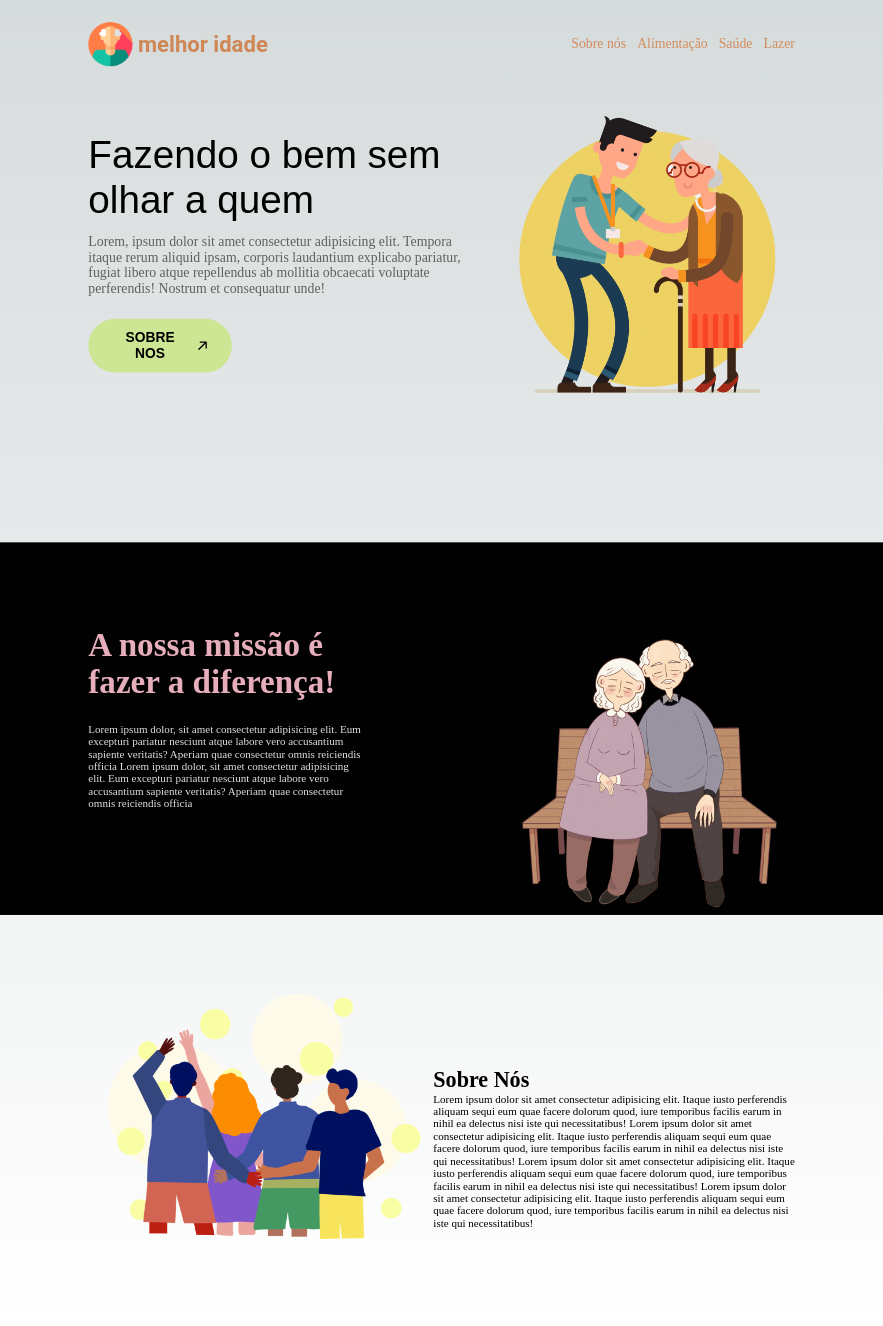
Repository: Giopol12/melhor-idade-online
Page: /home
An editor plug-in stored every save of this project. The page is shown before and after a run of saves, followed by the edit.
The browser window is 1280 px wide. The pictures show the whole page, at 69% of full size.
The project was rebuilt for these pictures with package versions that can differ from the ones it lists, and the page was loaded fresh each time. The framework's server and built-in components were replaced by stand-ins that run in the browser. Also part of the build but not shown: next.config.js.

Above is the page before, as saved 2023-11-21 11:12:07.

### src/pages/home/index.tsx
import { Header } from '@/components/Header'
import { Container } from './styles'
import { HomeMain } from './HomeMain'

import { OurMission } from '@/components/OurMission'
import { AboutUs } from '@/components/AboutUs'
export default function Home() {
  return (
    <Container>
      <Header />
      <HomeMain />
      <OurMission />
      <AboutUs />
    </Container>
  )
}

### src/components/Header/index.tsx
import Image from 'next/image'
import { HeaderContainer, LogoContainer, NavContainer } from './styles'

import logo2 from '../../../assets/logo2.png'
import Link from 'next/link'

export function Header() {
  return (
    <HeaderContainer>
      <LogoContainer href="/">
        <Image src={logo2} width={64} alt="logo" quality={100} />
        <strong>melhor idade</strong>
      </LogoContainer>

      <NavContainer>
        <Link href={'/nutrition'}>Sobre nós</Link>
        <Link href="/">Alimentação</Link>
        <Link href="/">Saúde</Link>
        <Link href="/">Lazer</Link>
      </NavContainer>
    </HeaderContainer>
  )
}

### src/pages/home/styles.ts
import { styled } from '@/styles'

export const Container = styled('div', {
  maxWidth: '1440px',
  margin: '0 auto',
})

### src/pages/home/HomeMain/index.tsx
import Image from 'next/image'
import { ContentContainer, HomeMainContainer } from './styles'

import mainImg from '../../../../assets/main-image.png'
import { ArrowUpRight } from '@phosphor-icons/react'

export function HomeMain() {
  return (
    <HomeMainContainer>
      <ContentContainer>
        <h1>Fazendo o bem sem olhar a quem</h1>
        <p>
          Lorem, ipsum dolor sit amet consectetur adipisicing elit. Tempora
          itaque rerum aliquid ipsam, corporis laudantium explicabo pariatur,
          fugiat libero atque repellendus ab mollitia obcaecati voluptate
          perferendis! Nostrum et consequatur unde!
        </p>
        <button>
          <span>SOBRE NOS</span>
          <ArrowUpRight size={22} weight="bold" />
        </button>
      </ContentContainer>
      <Image src={mainImg} width={450} alt="" />
    </HomeMainContainer>
  )
}

### src/components/OurMission/index.tsx
import {
  OurMissionContainer,
  OurMissionContentContainer,
  OurMissionTitleAndDescriptionContainer,
} from './styles'
import Image from 'next/image'
import img from '@/../assets/our-mission-img.png'

export function OurMission() {
  return (
    <OurMissionContainer>
      <OurMissionContentContainer>
        <OurMissionTitleAndDescriptionContainer>
          <h1>A nossa missão é fazer a diferença!</h1>
          <p>
            Lorem ipsum dolor, sit amet consectetur adipisicing elit. Eum
            excepturi pariatur nesciunt atque labore vero accusantium sapiente
            veritatis? Aperiam quae consectetur omnis reiciendis officia Lorem
            ipsum dolor, sit amet consectetur adipisicing elit. Eum excepturi
            pariatur nesciunt atque labore vero accusantium sapiente veritatis?
            Aperiam quae consectetur omnis reiciendis officia
          </p>
        </OurMissionTitleAndDescriptionContainer>
        <Image src={img} height={420} quality={100} alt="" />
      </OurMissionContentContainer>
    </OurMissionContainer>
  )
}

### src/components/AboutUs/index.tsx
import { AboutUsContainer, AboutUsContentContainer } from './styles'

import Image from 'next/image'
import youngPeople from '@/../assets/young-people.png'
export function AboutUs() {
  return (
    <AboutUsContainer>
      <Image src={youngPeople} width={500} alt="" />
      <AboutUsContentContainer>
        <h1>Sobre Nós</h1>
        <p>
          Lorem ipsum dolor sit amet consectetur adipisicing elit. Itaque iusto
          perferendis aliquam sequi eum quae facere dolorum quod, iure
          temporibus facilis earum in nihil ea delectus nisi iste qui
          necessitatibus! Lorem ipsum dolor sit amet consectetur adipisicing
          elit. Itaque iusto perferendis aliquam sequi eum quae facere dolorum
          quod, iure temporibus facilis earum in nihil ea delectus nisi iste qui
          necessitatibus! Lorem ipsum dolor sit amet consectetur adipisicing
          elit. Itaque iusto perferendis aliquam sequi eum quae facere dolorum
          quod, iure temporibus facilis earum in nihil ea delectus nisi iste qui
          necessitatibus! Lorem ipsum dolor sit amet consectetur adipisicing
          elit. Itaque iusto perferendis aliquam sequi eum quae facere dolorum
          quod, iure temporibus facilis earum in nihil ea delectus nisi iste qui
          necessitatibus!
        </p>
      </AboutUsContentContainer>
    </AboutUsContainer>
  )
}

### src/components/Header/styles.ts
import { styled } from '@/styles'
import Link from 'next/link'

export const HeaderContainer = styled('header', {
  maxWidth: 1024,
  margin: '2rem auto',
  display: 'flex',
  justifyContent: 'space-between',
  alignItems: 'center',
})
export const LogoContainer = styled(Link, {
  fontFamily: 'Roboto, sans-serif',
  display: 'flex',
  alignItems: 'center',
  gap: '0.5rem',
  fontWeight: 900,
  fontSize: '2rem',
  textDecoration: 'none',
  color: '$beije500',
})
export const NavContainer = styled('div', {
  display: 'flex',
  gap: '1rem',
  a: {
    textDecoration: 'none',
    color: '$beije400',
    fontSize: '$lg',
    borderBottom: '3px solid transparent',
    '&:hover': {
      borderBottom: '3px solid $beije500',
    },
  },
})

### src/styles/index.ts
import { createStitches } from '@stitches/react'
export const {
  config,
  createTheme,
  css,
  getCssText,
  globalCss,
  keyframes,
  prefix,
  reset,
  styled,
  theme,
} = createStitches({
  theme: {
    colors: {
      white: '#FFF',

      beije100: '#FFFBF4',
      beije400: '#D18D5E',
      beije500: '#CE8755',
      gray500: '#61605F',
      gray700: '#21201F',
      gray900: '#010101',
      green100: '#CDE693',
    },

    fontSizes: {
      md: '1.125rem',
      lg: '1.25rem',
      xl: '1.5rem',
      '2xl': '2rem',
    },
  },
})

### src/pages/home/HomeMain/styles.ts
import { styled } from '@/styles'

export const HomeMainContainer = styled('main', {
  maxWidth: 1024,
  margin: '3rem auto',
  display: 'flex',
  justifyContent: 'space-between',
})
export const ContentContainer = styled('div', {
  marginTop: '3rem',
  display: 'flex',
  flexDirection: 'column',

  flex: 1,
  gap: '1rem',
  paddingRight: '1.5rem',
  h1: {
    fontSize: '3.5rem',
    color: '$gray900',
    fontFamily: 'Lobster, sans-serif;',
    fontWeight: '400',
  },
  p: {
    fontSize: '$lg',
    color: '$gray500',
  },
  button: {
    marginTop: '1rem',
    display: 'flex',
    justifyContent: 'center',
    gap: '0.5rem',
    alignItems: 'center',
    boxSizing: 'initial',
    fontWeight: 'bold',
    width: '9rem',
    fontSize: '$lg',
    background: '$green100',
    border: 0,
    borderRadius: '9999px',
    padding: '1rem 2rem',
    '&:hover': {
      filter: 'brightness(0.8)',
      cursor: 'pointer',
    },
  },
})

### src/components/OurMission/styles.ts
import { styled } from '@/styles'

export const OurMissionContainer = styled('div', {
  margin: '12rem auto 0',
  background: '$gray900',
})
export const OurMissionContentContainer = styled('div', {
  maxWidth: 1024,
  paddingTop: '7.5rem',
  margin: '0 auto',

  display: 'flex',
  justifyContent: 'space-between',
})
export const OurMissionTitleAndDescriptionContainer = styled('div', {
  display: 'flex',
  flexDirection: 'column',
  gap: '2rem',
  maxWidth: '25rem',
  h1: {
    color: '#E5AEBA',
    fontSize: '3rem',
  },
  p: {
    color: '#E1E1DF',
  },
})

### src/components/AboutUs/styles.ts
import { styled } from '@/styles'

export const AboutUsContainer = styled('div', {
  maxWidth: 1024,
  margin: '3rem auto',
  display: 'flex',
  gap: '0rem',
  justifyContent: 'space-between',
})
export const AboutUsContentContainer = styled('div', {
  flex: 1,
  marginTop: '5rem',
  display: 'flex',
  justifyContent: 'center',
  flexDirection: 'column',
})

Loaded but not shown: src/pages/_app.tsx (common file); src/pages/_document.tsx (common file); src/styles/globals.css (common file)

After the next 3 saves:
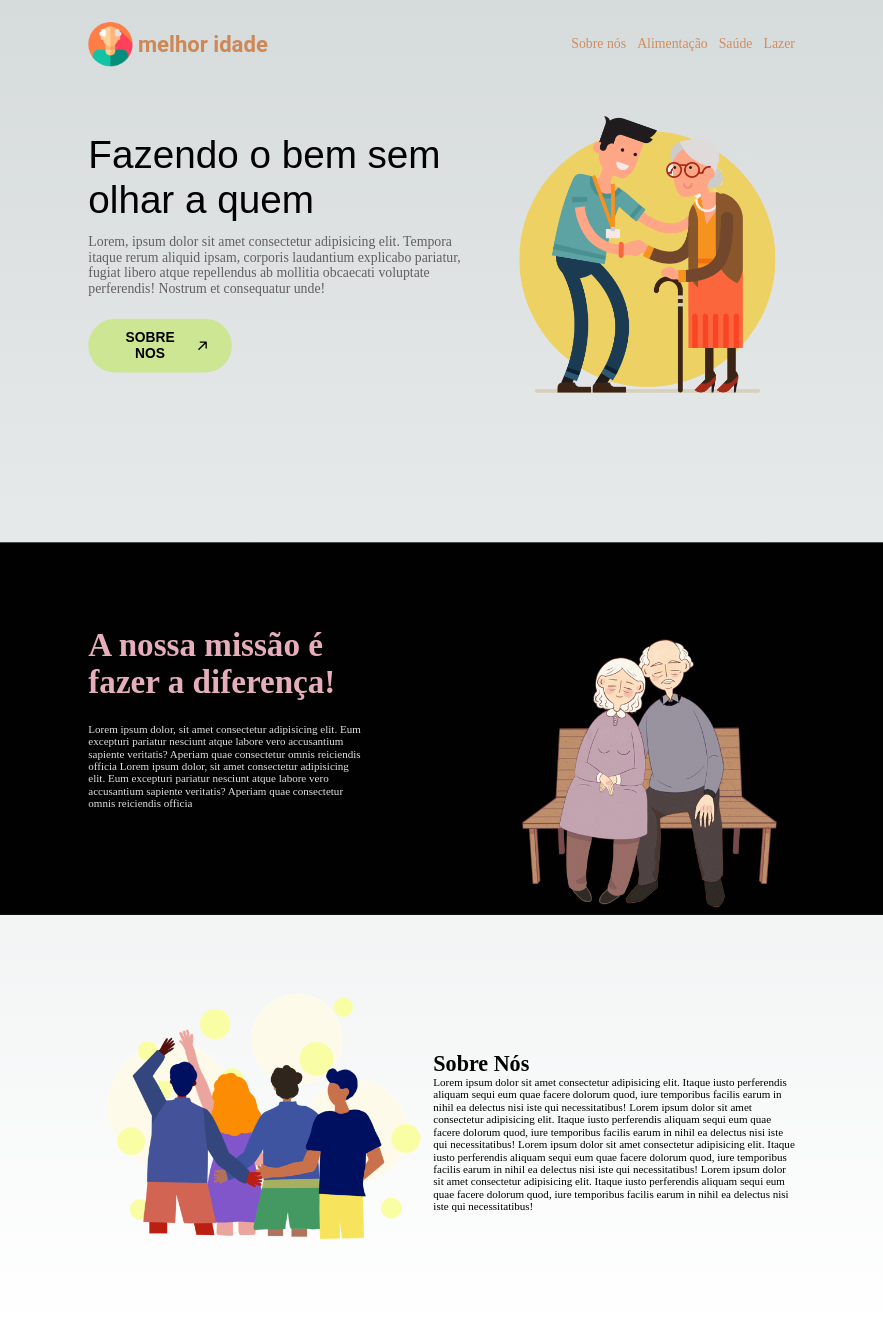
The 3 saves are shown as one change because they came seconds apart.
The last was saved 24 s later.
--- a/src/components/AboutUs/styles.ts
+++ b/src/components/AboutUs/styles.ts
@@ -9,7 +9,7 @@ export const AboutUsContainer = styled('div', {
 })
 export const AboutUsContentContainer = styled('div', {
   flex: 1,
-  marginTop: '5rem',
+  marginTop: '2rem',
   display: 'flex',
   justifyContent: 'center',
   flexDirection: 'column',
